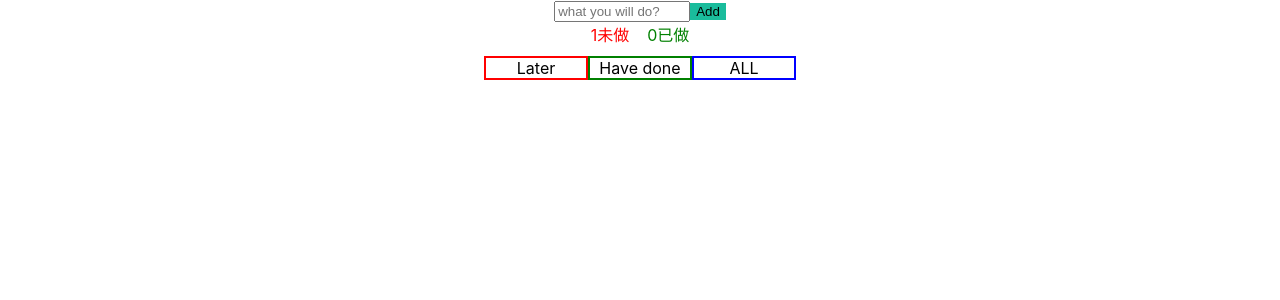
Repository: yurensmile/todolist
Page: /, after clicking the first element matching `button`
These files come from the project's save history. The page is drawn as it stood at one moment and after the next save; the edit follows.
The browser window is 1280 px wide. The pictures show the whole page.
The project was rebuilt for these pictures with package versions that can differ from the ones it lists, and the page was loaded fresh each time. Also part of the build but not shown: src/All.js, src/HaveDone.js.

Above is the page before, as saved 2019-03-20 17:02:32.

After the next save:
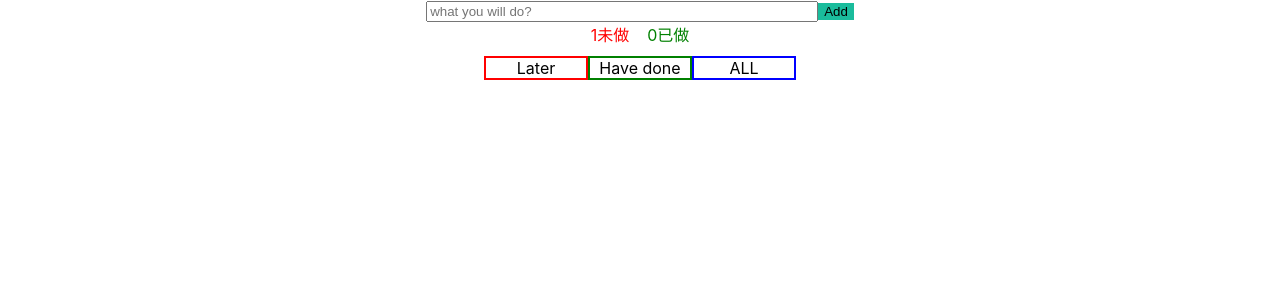
Saved 5 s later.
--- a/src/App.css
+++ b/src/App.css
@@ -41,7 +41,7 @@ li{
   color: #61dafb;
 }
 input[type="text" ]{
-  width: 10%;
+  width: 30%;
 }
 
 button{
